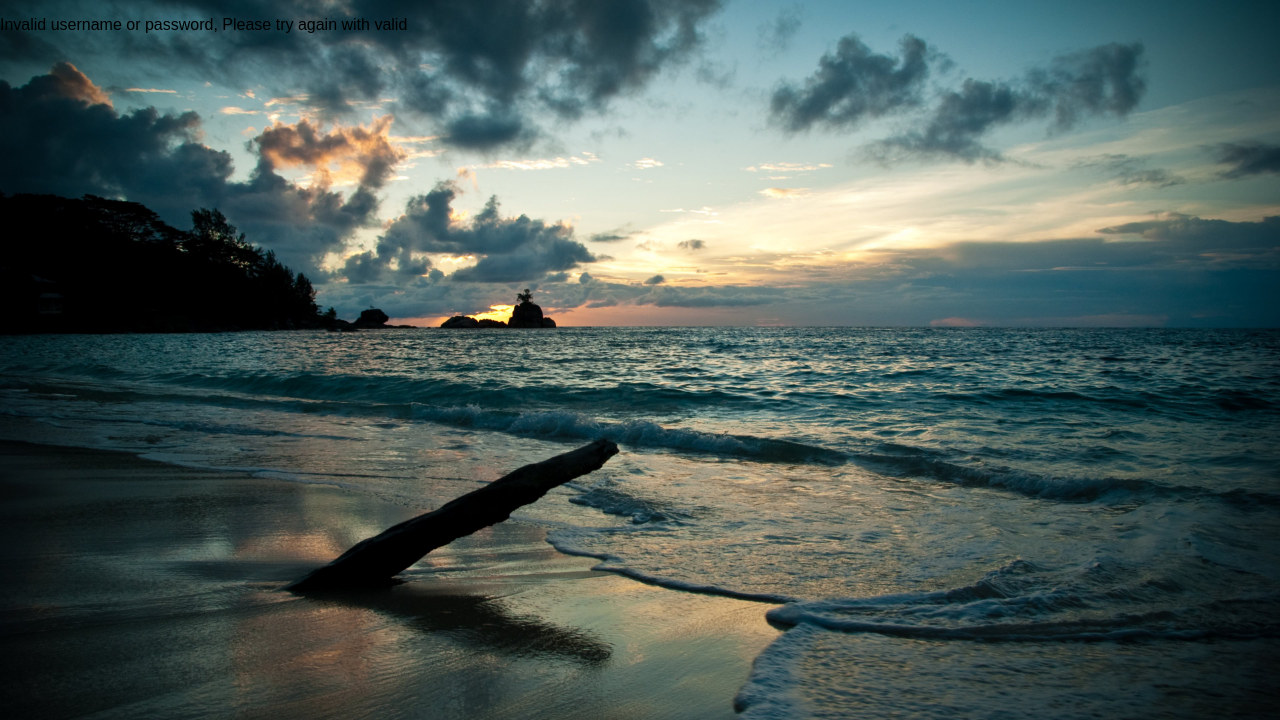
Repository: Berilinanir/Login-Logout-System
Page: Loginn/WebContent/error.html
The author's editor kept a copy of each file at every save. The page is drawn from the files as they stood at one save, then again after the next save.
The browser window is 1280 px wide. The pictures show the whole page.

Above is the page before, as saved 2018-10-13 19:14:07.

### Loginn/WebContent/error.html
<!DOCTYPE html>
<html>
<head>
<meta charset="UTF-8">
<title>Insert title here</title>

<link rel="stylesheet" href="style4.css">


</head>
<body>



<p >Invalid username or password, Please try again with valid </p>





</body>


</html>

### Loginn/WebContent/style4.css
@charset "UTF-8";


body{

	margin:0;
	padding:0;
	font-family:sans-serif;
	background:url("resim5.jpg") no-repeat;
	background-size:cover;

}

.p{

	color:white;

}

After the next save:
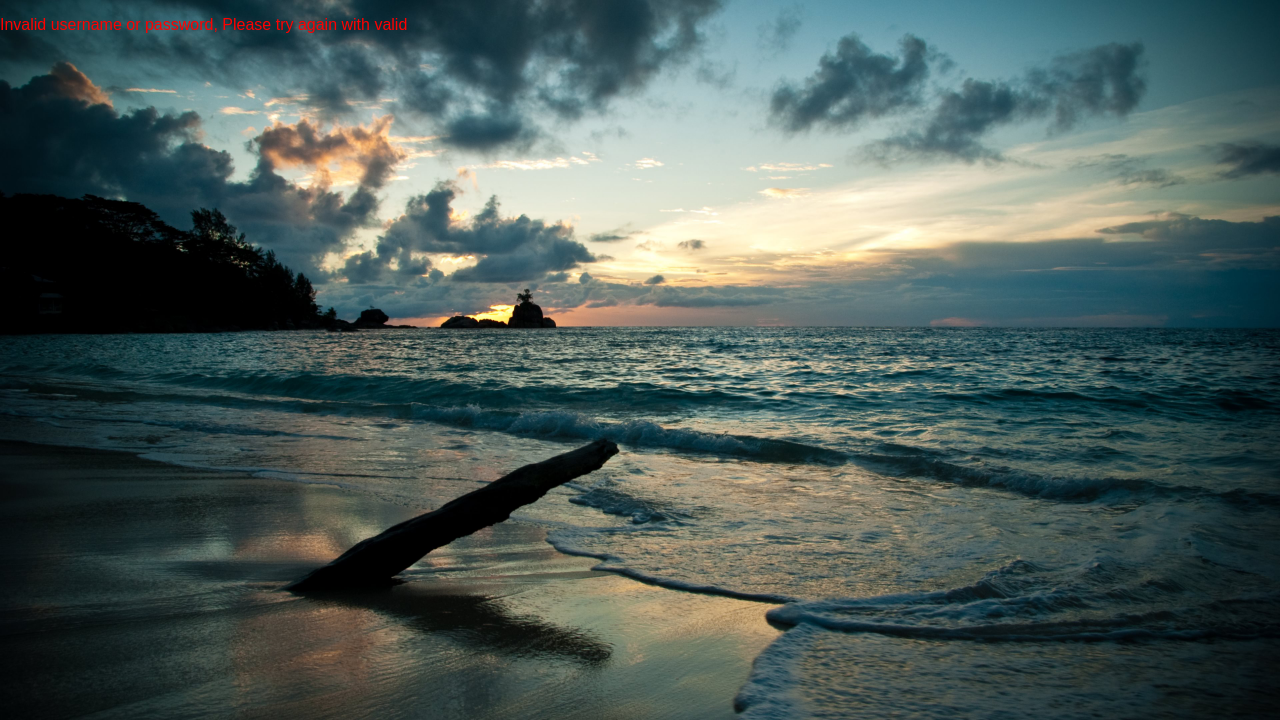
Saved 48 s later.
--- a/Loginn/WebContent/error.html
+++ b/Loginn/WebContent/error.html
@@ -12,7 +12,8 @@
 
 
 
-<p >Invalid username or password, Please try again with valid </p>
+
+<p style="color:red">Invalid username or password, Please try again with valid </p>
 
 
 
--- a/Loginn/WebContent/style4.css
+++ b/Loginn/WebContent/style4.css
@@ -10,9 +10,3 @@ body{
 	background-size:cover;
 
 }
-
-.p{
-
-	color:white;
-
-}
